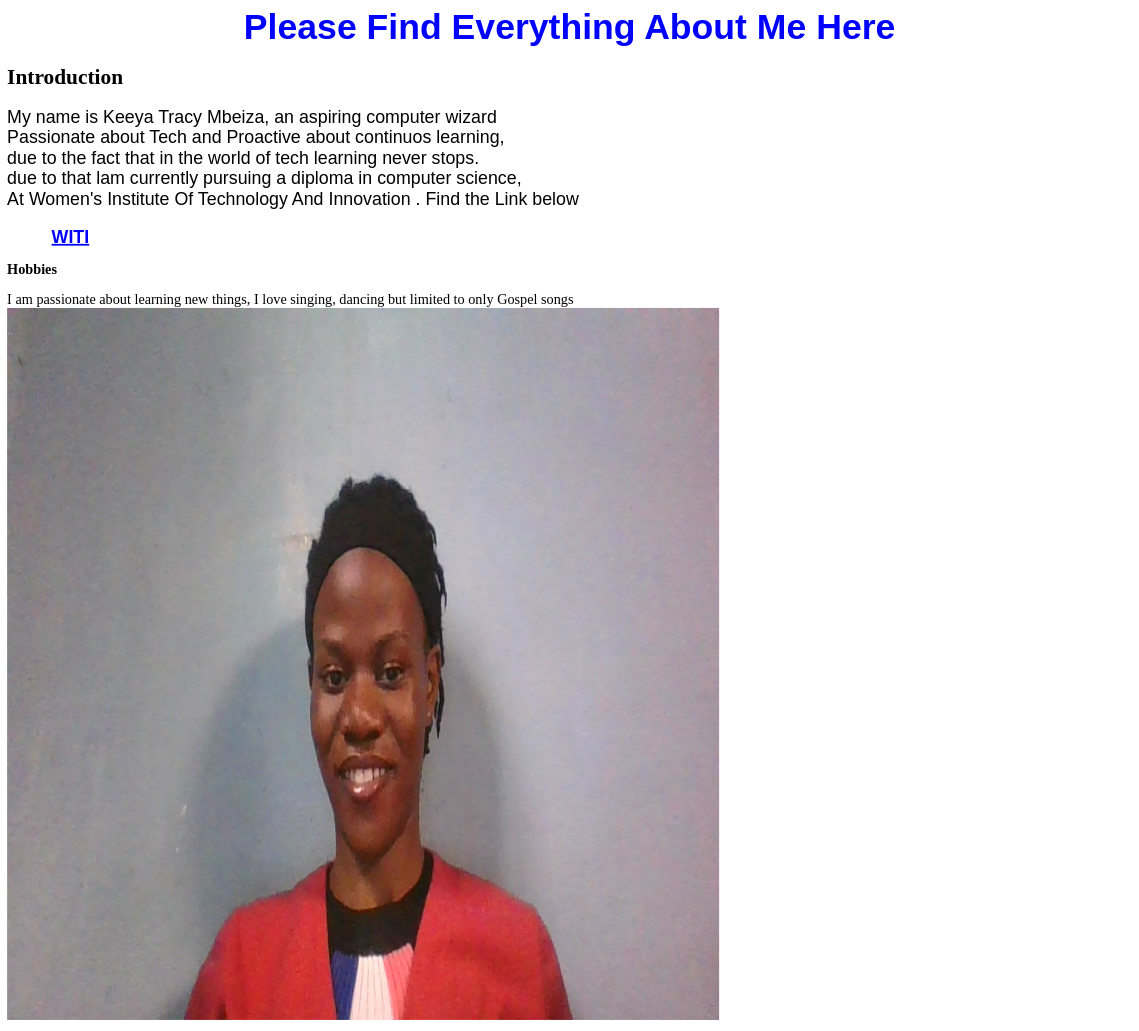
Repository: tracykeeya/my_first_web
Page: index.html
The author's editor kept a copy of each file at every save. The page is drawn from the files as they stood at one save, then again after a run of saves.
The browser window is 1280 px wide. The pictures show the whole page, at 89% of full size.

Above is the page before, as saved 2025-11-03 10:30:26.

After the next 2 saves:
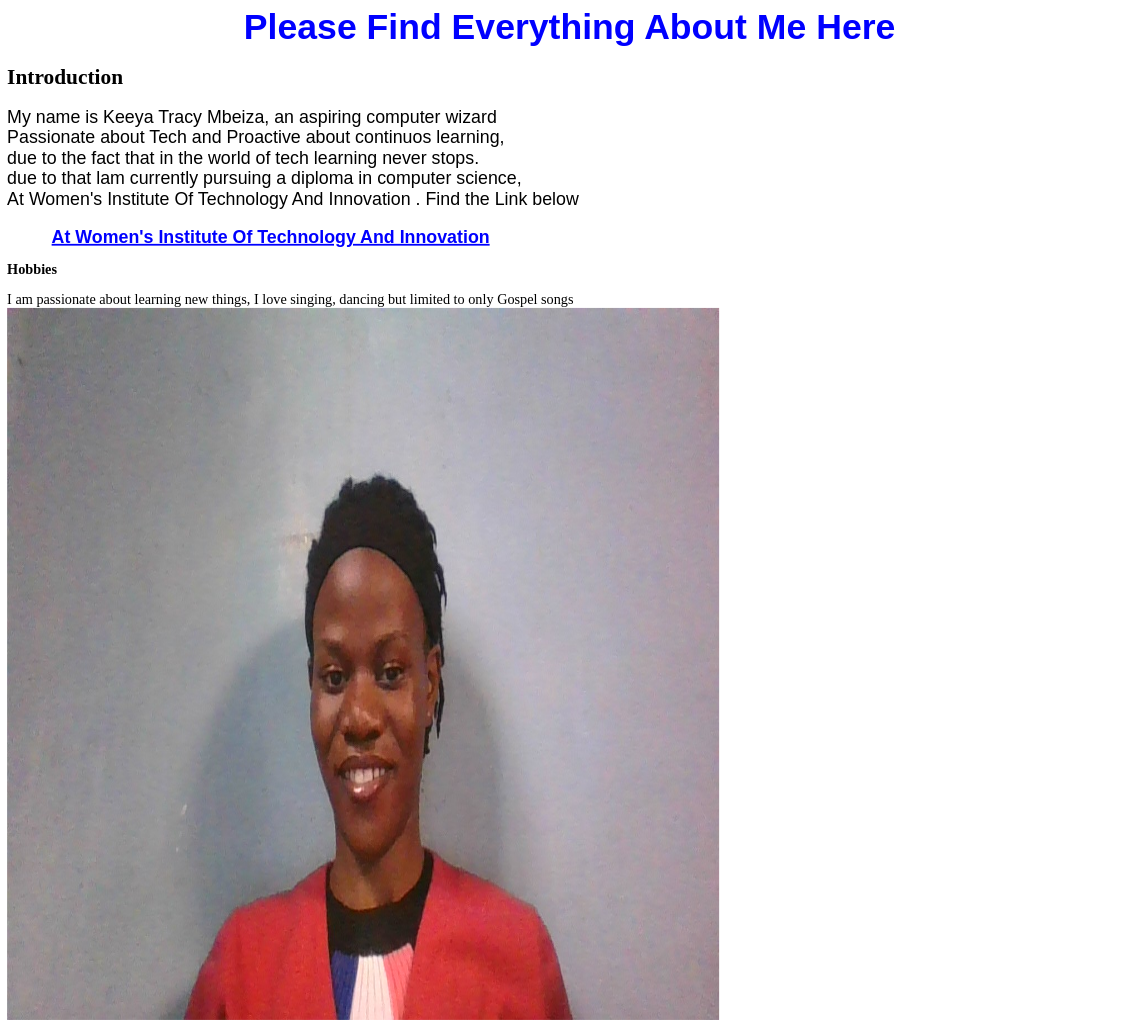
The 2 saves are shown as one change because they came seconds apart.
The last was saved 107 s later.
--- a/index.html
+++ b/index.html
@@ -11,7 +11,7 @@
 
     <p style="font-size: 20px; font-family: Arial, Helvetica, sans-serif; text-align: left; color: rgb(0, 0, 0)">My name is Keeya Tracy Mbeiza, an aspiring computer wizard<br>Passionate about Tech and Proactive about continuos learning,<br> due to the fact that in the world of tech learning never stops.<br> due to that lam currently pursuing a diploma in computer science,<br>
         At Women's Institute Of Technology And Innovation . Find the Link below </br></p>
-    <a href="https://www.witi.ac.ug/" style="position: relative; left: 50px; color: rgb(0, 0, 255); font-size: 20px; font-family: Arial, Helvetica, sans-serif"><b>WITI</b></a>
+    <a href="https://www.witi.ac.ug/" style="position: relative; left: 50px; color: rgb(0, 0, 255); font-size: 20px; font-family: Arial, Helvetica, sans-serif"><b>At Women's Institute Of Technology And Innovation</b></a>
 
     <p><b>Hobbies</b></p>
     I am passionate about learning new things,
